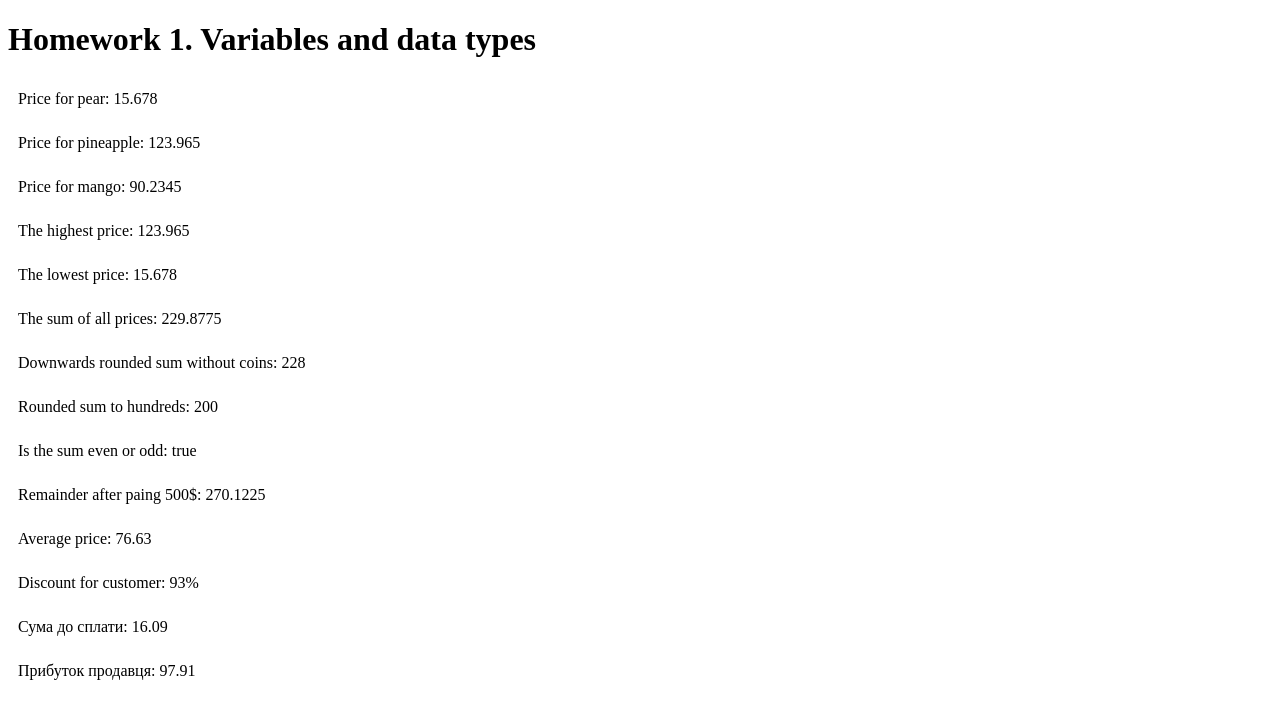
Repository: mariiastetsko/cursor-js-hw
Page: HW1/index.html
An editor plug-in stored every save of this project. The page is shown before and after the next save, followed by the edit.
The browser window is 1280 px wide. The pictures show the whole page.

Above is the page before, as saved 2020-07-22 22:50:12.

After the next save:
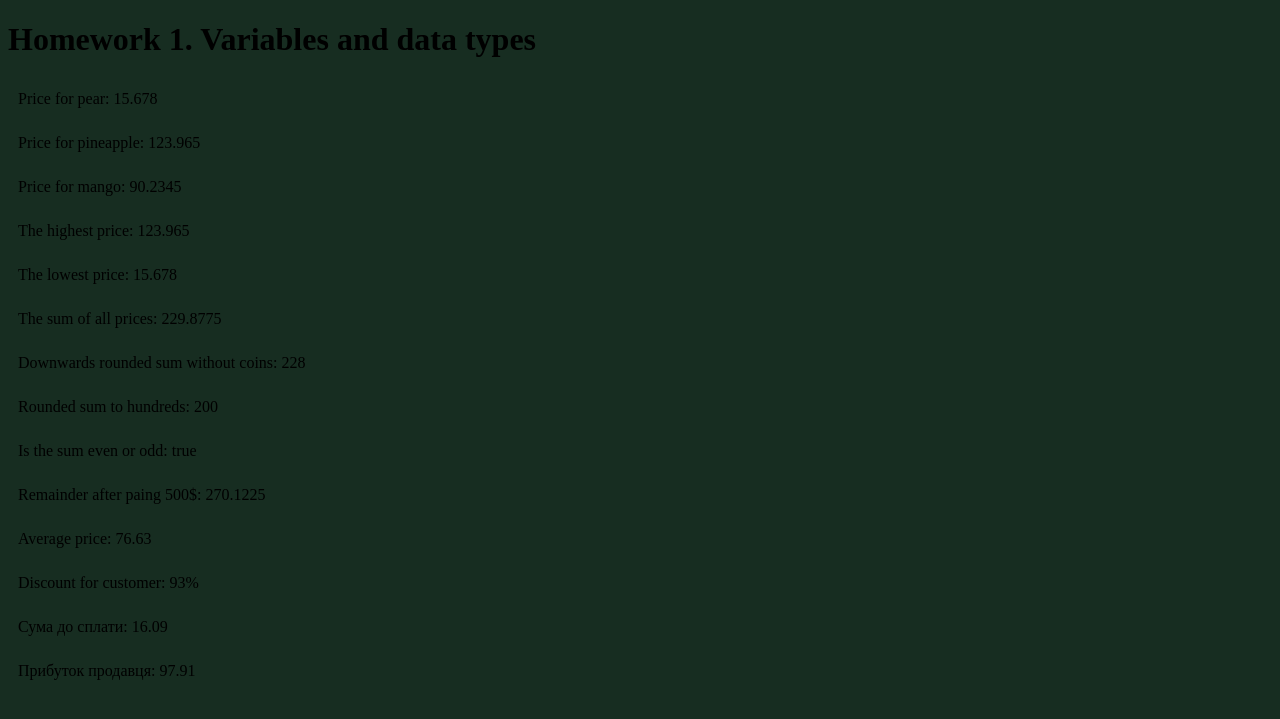
Saved 4 s later.
--- a/HW1/index.html
+++ b/HW1/index.html
@@ -5,7 +5,7 @@
     <meta name="viewport" content="width=device-width, initial-scale=1.0" />
     <title>HW1. Variables and data types</title>
     <style>
-      body {background-color: 10px 0px 0px 10px;}
+      body {background-color: #172D21;}
       p {padding: 10px 0px 0px 10px;}
     </style>
   </head>
